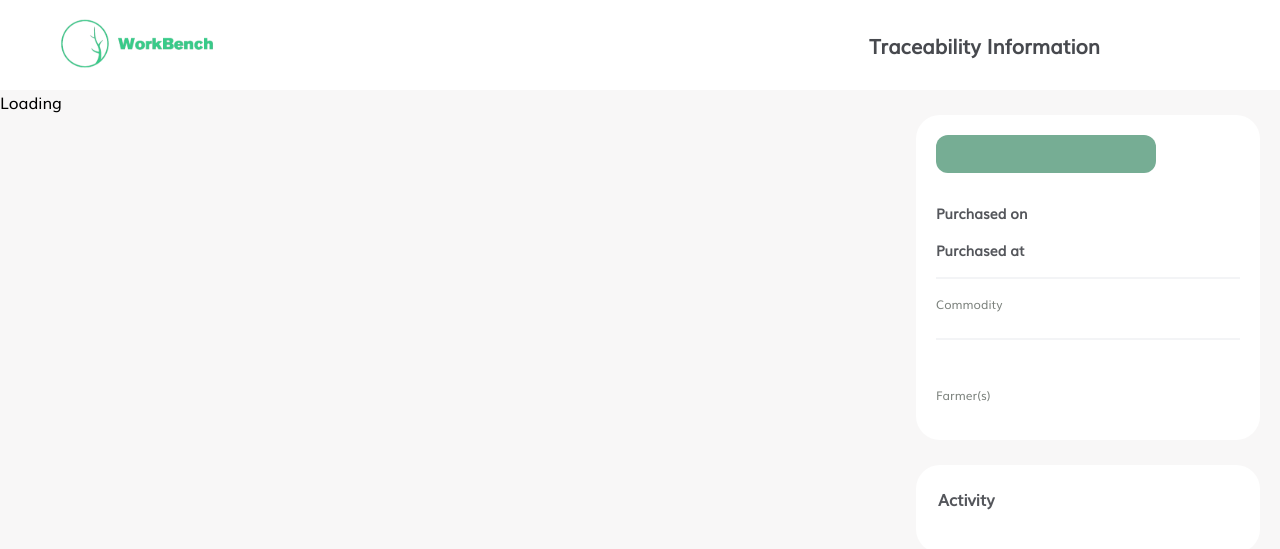
Repository: Hamezry/Traceability-Page
Page: /
An editor plug-in stored every save of this project. The page is shown before and after the next save, followed by the edit.
The browser window is 1280 px wide. The pictures show the whole page.
The page's requests for data from a server got no answer. The project was rebuilt for these pictures with package versions that can differ from the ones it lists, and the page was loaded fresh each time. No one was signed in, and anything a server would have sent is missing.

Above is the page before, as saved 2022-09-18 09:01:08.

After the next save:
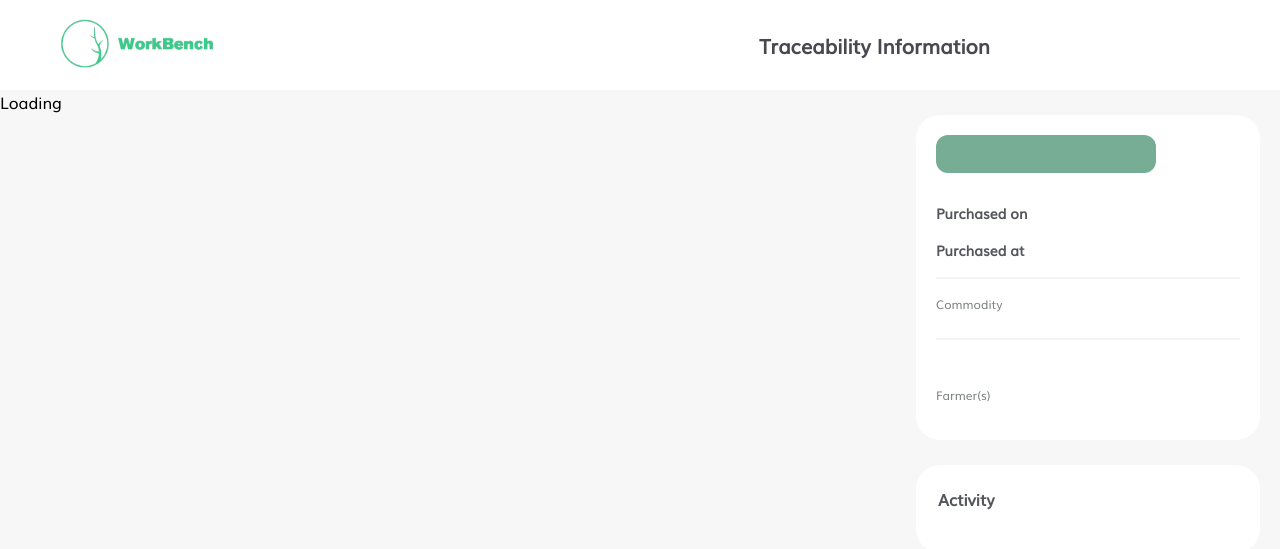
Saved 4 min 0 s later.
--- a/src/components/Navbar.js
+++ b/src/components/Navbar.js
@@ -6,7 +6,7 @@
     <div className='w-full flex justify-center h-[90px] bg-white sticky font-muli  z-30  top-0 lg:items-center lg:justify-between '>
 
         <img src= {logo} alt='nav-icon' className='h-[80px] w-[188px] lg:ml-[50px]'/>
-        <p className='hidden lg:block mr-[230px] lg:mr-[180px] 2xl:mr-[290px] text-[#47494E] font-semibold  text-[20px]'>Traceability Information</p>
+        <p className='hidden lg:block mr-[230px] lg:mr-[180px] xl:mr-[290px] text-[#47494E] font-semibold  text-[20px]'>Traceability Information</p>
 
     </div>
   )

After the save that followed:
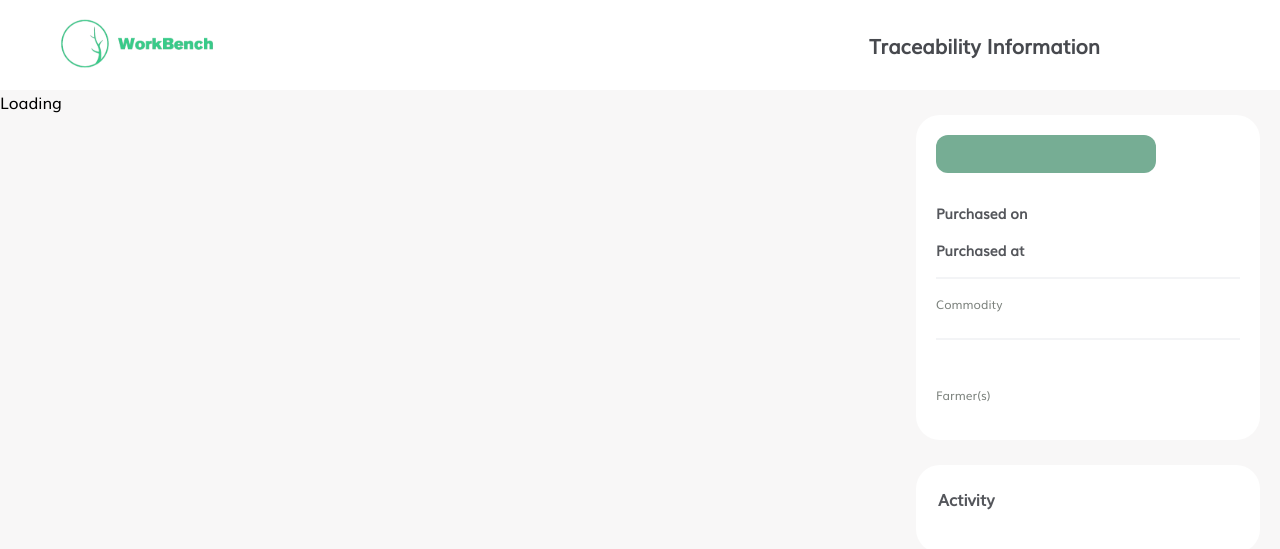
Saved 55 s later.
--- a/src/components/Navbar.js
+++ b/src/components/Navbar.js
@@ -6,7 +6,7 @@
     <div className='w-full flex justify-center h-[90px] bg-white sticky font-muli  z-30  top-0 lg:items-center lg:justify-between '>
 
         <img src= {logo} alt='nav-icon' className='h-[80px] w-[188px] lg:ml-[50px]'/>
-        <p className='hidden lg:block mr-[230px] lg:mr-[180px] xl:mr-[290px] text-[#47494E] font-semibold  text-[20px]'>Traceability Information</p>
+        <p className='hidden lg:block mr-[230px] lg:mr-[180px] 2xl:mr-[290px] text-[#47494E] font-semibold  text-[20px]'>Traceability Information</p>
 
     </div>
   )
